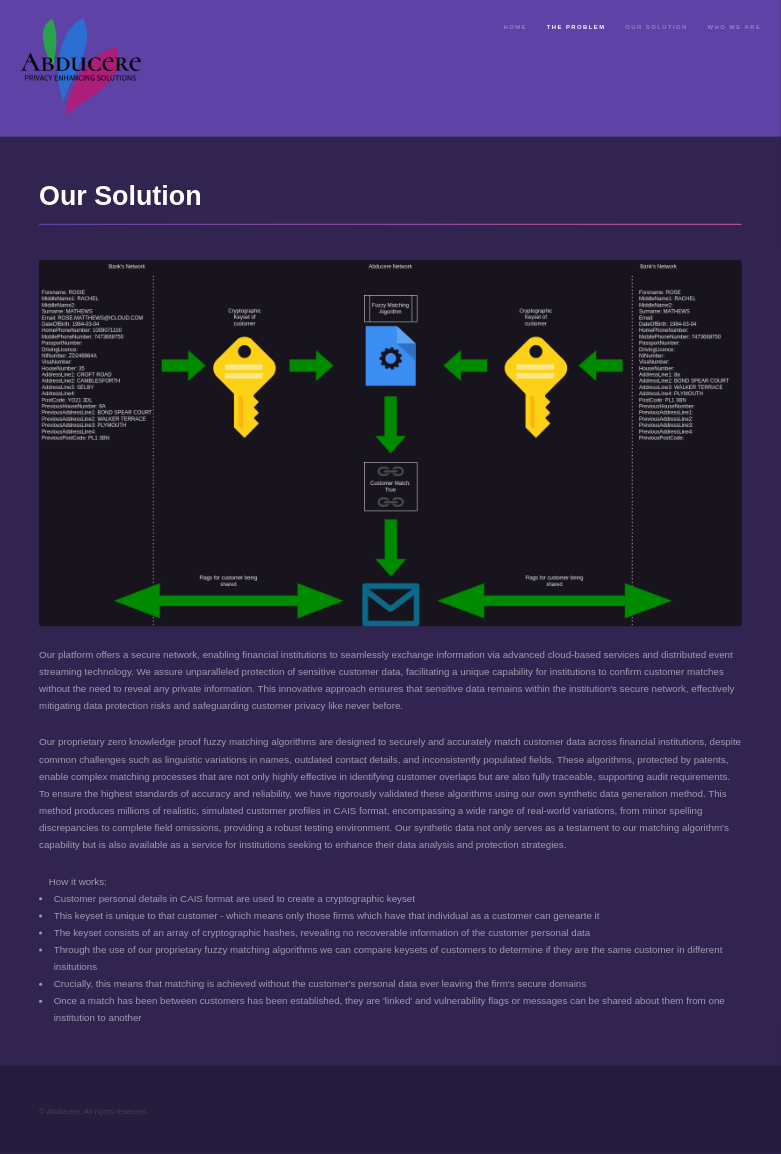
Repository: nocnoc94/nocnoc94.github.io
Page: our-solution.html
An editor plug-in stored every save of this project. The page is shown before and after the next save, followed by the edit.
The browser window is 1280 px wide. The pictures show the whole page, at 61% of full size.

Above is the page before, as saved 2024-03-18 17:16:41.

After the next save:
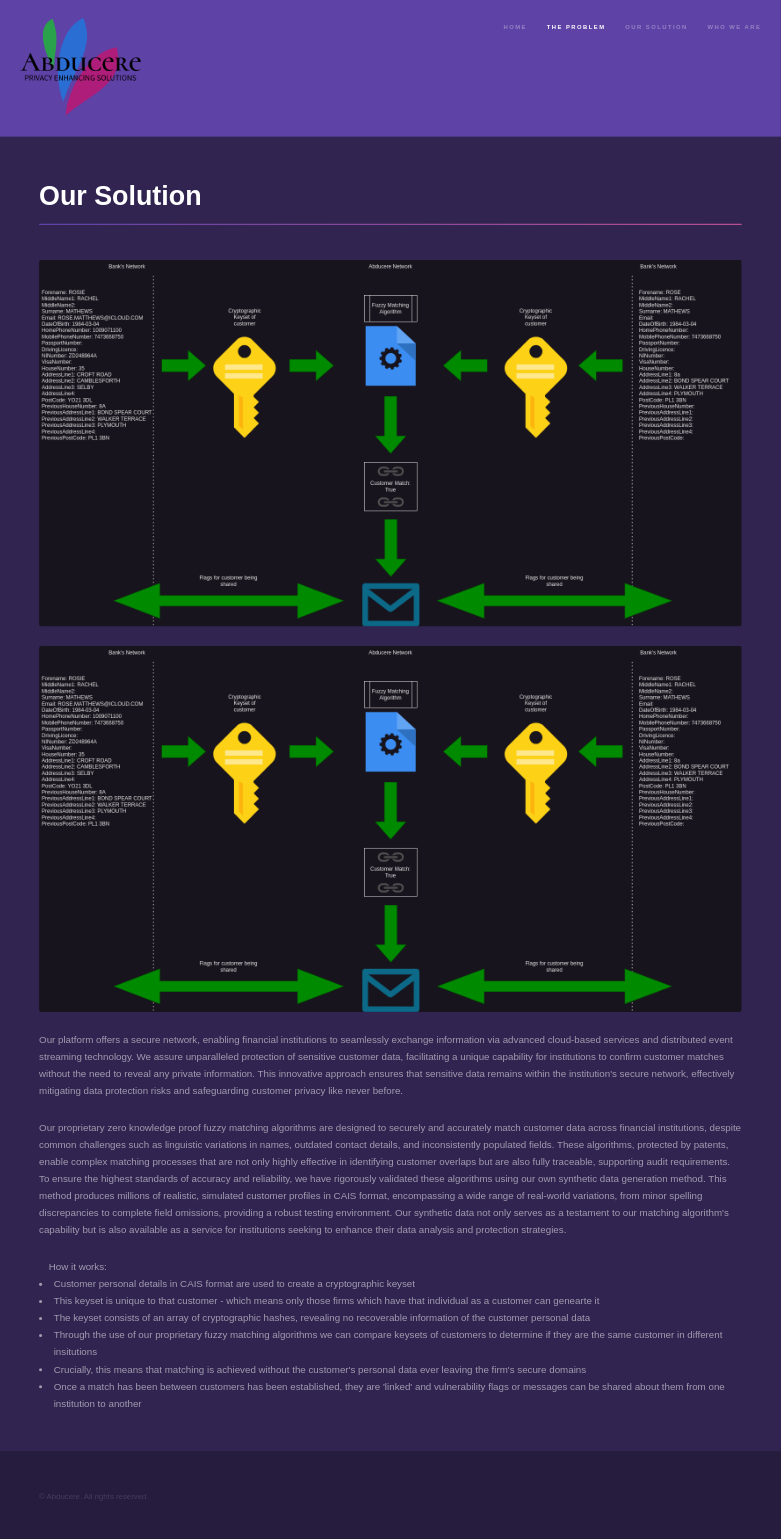
Saved 22 s later.
--- a/our-solution.html
+++ b/our-solution.html
@@ -36,6 +36,7 @@
 		<section id="main" class="wrapper">
 			<div class="inner">
 				<h1 class="major">Our Solution</h1>
+				<span class="image fit"><img src="/static/images/Match.drawio.png" alt="" /></span>
 				<span class="image fit"><img src="/static/images/Match.drawio.png" alt="" /></span>
 				<p>Our platform offers a secure network, enabling financial institutions to seamlessly exchange
 					information via advanced cloud-based services and distributed event streaming technology. We assure
